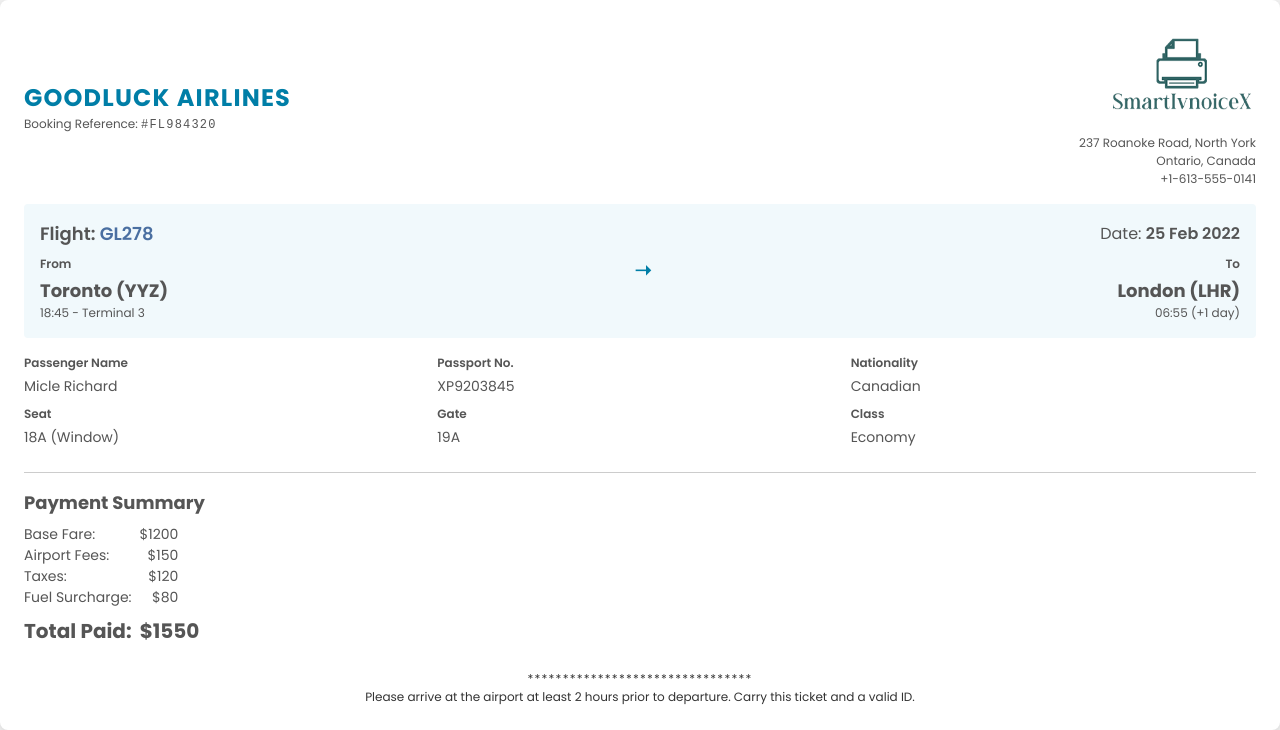
Repository: SPOTWEBDEV/ReceiptGeneratorWebsite
Page: template/2.html
The author's editor kept a copy of each file at every save. The page is drawn from the files as they stood at one save, then again after a run of saves.
The browser window is 1280 px wide. The pictures show the whole page.

Above is the page before, as saved 2025-07-01 07:58:26.

### template/2.html
<!DOCTYPE html>
<html lang="en">

         <head>
                  <meta charset="UTF-8">
                  <meta name="viewport" content="width=device-width, initial-scale=1.0">
                  <title>Document</title>
                  <link rel="stylesheet" href="../assets/css/template.css">
         </head>

         <body>

                  <div class="w-full max-w-4xl mx-auto bg-white p-6 rounded shadow text-sm text-gray">
                           <!-- Top Airline Header -->
                           <div class="flex justify-between items-center border-b pb-4 mb-4">
                                    <div>
                                             <p class="text-2xl font-bold text-hospital tracking-wide">GOODLUCK AIRLINES</p>
                                             <p class="text-xs">Booking Reference: <span class="font-micr">#FL984320</span></p>
                                    </div>
                                    <div class="text-right">
                                             <img style="width:150px; height: 100px;" src="../assets/images/logo.png" alt="Logo" class="h-10 mb-1" />
                                             <p class="text-xs">237 Roanoke Road, North York<br>Ontario, Canada</p>
                                             <p class="text-xs">+1-613-555-0141</p>
                                    </div>
                           </div>

                           <!-- Flight Info Block -->
                           <div class="bg-light p-4 rounded-sm mb-4">
                                    <div class="flex justify-between items-center mb-2">
                                             <p class="text-lg font-semibold">Flight: <span class="text-blue">GL278</span></p>
                                             <p class="text-base">Date: <span class="font-semibold">25 Feb 2022</span></p>
                                    </div>
                                    <div class="flex justify-between">
                                             <div class="text-left">
                                                      <p class="text-xs font-semibold mb-1">From</p>
                                                      <p class="text-lg font-bold">Toronto (YYZ)</p>
                                                      <p class="text-xs">18:45 - Terminal 3</p>
                                             </div>
                                             <div class="text-center">
                                                      <p class="text-xl font-bold text-hospital">➝</p>
                                             </div>
                                             <div class="text-right">
                                                      <p class="text-xs font-semibold mb-1">To</p>
                                                      <p class="text-lg font-bold">London (LHR)</p>
                                                      <p class="text-xs">06:55 (+1 day)</p>
                                             </div>
                                    </div>
                           </div>

                           <!-- Passenger + Ticket Info -->
                           <div class="grid grid-cols-3 gap-2 mb-6">
                                    <div>
                                             <p class="text-xs font-semibold mb-1">Passenger Name</p>
                                             <p>Micle Richard</p>
                                    </div>
                                    <div>
                                             <p class="text-xs font-semibold mb-1">Passport No.</p>
                                             <p>XP9203845</p>
                                    </div>
                                    <div>
                                             <p class="text-xs font-semibold mb-1">Nationality</p>
                                             <p>Canadian</p>
                                    </div>
                                    <div>
                                             <p class="text-xs font-semibold mb-1">Seat</p>
                                             <p>18A (Window)</p>
                                    </div>
                                    <div>
                                             <p class="text-xs font-semibold mb-1">Gate</p>
                                             <p>19A</p>
                                    </div>
                                    <div>
                                             <p class="text-xs font-semibold mb-1">Class</p>
                                             <p>Economy</p>
                                    </div>
                           </div>

                           <!-- Fare Summary -->
                           <div class="border-t pt-4 mb-4">
                                    <p class="text-lg font-bold mb-2">Payment Summary</p>
                                    <div class="flex gap-2">
                                             <div>
                                                      <p>Base Fare:</p>
                                                      <p>Airport Fees:</p>
                                                      <p>Taxes:</p>
                                                      <p>Fuel Surcharge:</p>
                                             </div>
                                             <div class="text-right">
                                                      <p>$1200</p>
                                                      <p>$150</p>
                                                      <p>$120</p>
                                                      <p>$80</p>
                                             </div>
                                    </div>
                                    <div class="flex gap-2 font-bold text-xl mt-2">
                                             <p>Total Paid:</p>
                                             <p>$1550</p>
                                    </div>
                           </div>

                           <!-- Final Note -->
                           <div class="star-line mt-6 text-xs">
                                    <p>Please arrive at the airport at least 2 hours prior to departure. Carry this ticket and a valid ID.
                                    </p>
                           </div>
                  </div>





         </body>

</html>

### assets/css/template.css
/* Import Poppins from Google Fonts */
@import url('https://fonts.googleapis.com/css2?family=Poppins:wght@300;400;500;600;700&display=swap');

/* Base Reset and Font */
* {
  margin: 0;
  padding: 0;
  box-sizing: border-box;
  font-family: 'Poppins', sans-serif;
}

body {
  background-color: #f0f0f0;
}

/* === Core Utilities === */
.mx-auto { margin-left: auto; margin-right: auto; }

.p-2 { padding: 0.5rem; }
.p-4 { padding: 1rem; }
.p-6 { padding: 1.5rem; }
.pt-4 { padding-top: 1rem; }

.mt-2 { margin-top: 0.5rem; }
.mt-6 { margin-top: 1.5rem; }
.mb-1 { margin-bottom: 0.25rem; }
.mb-2 { margin-bottom: 0.5rem; }
.mb-4 { margin-bottom: 1rem; }
.mb-6 { margin-bottom: 1.5rem; }
.my-4 { margin-top: 1rem; margin-bottom: 1rem; }

.text-xs { font-size: 0.75rem; }
.text-sm { font-size: 0.875rem; }
.text-base { font-size: 1rem; }
.text-lg { font-size: 1.125rem; }
.text-xl { font-size: 1.25rem; }
.text-2xl { font-size: 1.5rem; }

.text-left { text-align: left; }
.text-center { text-align: center; }
.text-right { text-align: right; }

.font-bold { font-weight: 700; }
.font-semibold { font-weight: 600; }
.font-micr { font-family: 'Courier New', monospace; letter-spacing: 0.1em; }

.text-blue { color: #4a6fa1; }
.text-gray { color: #555555; }
.text-white { color: #ffffff; }
.text-hospital { color: #007ea7; }

.border-none { border: none; }
.border { border: 1px solid #ccc; }
.border-t { border-top: 1px solid #ccc; }

.rounded { border-radius: 0.5rem; }
.rounded-sm { border-radius: 0.25rem; }
.rounded-full { border-radius: 100%; }

.shadow { box-shadow: 0 2px 6px rgba(0, 0, 0, 0.1); }
.shadow-sm { box-shadow: 0 2px 5px rgba(0, 0, 0, 0.1); }

.bg-white { background-color: #ffffff; }
.bg-light { background-color: #f1f9fc; }
.bg-hospital { background-color: #007ea7; }

.flex { display: flex; }
.flex-col { flex-direction: column; }
.flex-row { flex-direction: row; }
.block { display: block; }
.justify-between { justify-content: space-between; }
.justify-center { justify-content: center; }
.items-center { align-items: center; }

.tracking-wide { letter-spacing: 0.05em; }
.tracking-widest { letter-spacing: 0.2em; }

.grid { display: grid; }
.grid-cols-2 { grid-template-columns: repeat(2, 1fr); }
.grid-cols-3 { grid-template-columns: repeat(3, 1fr); }
.grid-cols-6 { grid-template-columns: repeat(6, 1fr); }

.w-fit { width: fit-content; }
.w-10 { width: 2.5rem; }
.w-20 { width: 5rem; }
.w-30 { width: 7.5rem; }
.w-40 { width: 10rem; }
.w-full { width: 100%; }

.h-10 { height: 2.5rem; }
.h-20 { height: 3.5rem; }
.h-30 { height: 4.5rem; }
.h-40 { height: 5.5rem; }
.h-50 { height: 6.5rem; }
.h-screen { height: 100vh; }

.gap-1 { gap: 0.2rem; }
.gap-2 { gap: 0.5rem; }
.gap-3 { gap: 1.5rem; }
.gap-4 { gap: 2.5rem; }

.overflow-x-auto { overflow-x: auto; }
.overflow-y-auto { overflow-y: auto; }

.hide-scrollbar {
  scrollbar-width: none;
}
.hide-scrollbar::-webkit-scrollbar {
  display: none;
}

.logo { height: 100px; }

.dashed-line {
  border-top: 2px dashed #333;
  height: 1px;
  margin-bottom: 1rem;
}
.star-line {
  text-align: center;
  font-size: 0.75rem;
  color: #333;
  position: relative;
}
.star-line::before {
  content: "********************************";
  letter-spacing: 0.1em;
  display: inline-block;
}

/* === Modal === */
.modal {
  position: fixed;
  inset: 0;
  background-color: rgba(0, 0, 0, 0.3);
  display: none;
  justify-content: center;
  align-items: center;
  z-index: 50;
  padding: 10px;
}
.modal.active {
  display: block;
}
.modal-box {
  background-color: #ffffff;
  padding: 1rem;
  border-radius: 0.5rem;
  box-shadow: 0 2px 6px rgba(0, 0, 0, 0.2);
  width: 90%;
  max-width: 540px;
  max-height: 90vh;
  overflow-y: auto;
}

/* === Breakpoints (min-width style like Tailwind) === */
@media (min-width: 480px) {
  .sm\:w-10 { width: 2.5rem; }
  .sm\:w-20 { width: 5rem; }
  .sm\:w-40 { width: 10rem; }
  .sm\:w-full { width: 100%; }

  .sm\:p-2 { padding: 0.5rem; }
  .sm\:p-4 { padding: 1rem; }

  .sm\:flex { display: flex; }
  .sm\:flex-col { flex-direction: column; }
}

@media (min-width: 640px) {
  .md\:w-10 { width: 2.5rem; }
  .md\:w-20 { width: 5rem; }
  .md\:w-full { width: 100%; }

  .md\:p-2 { padding: 0.5rem; }
  .md\:p-4 { padding: 1rem; }

  .md\:flex { display: flex; }
  .md\:flex-col { flex-direction: column; }
  .md\:flex-row { flex-direction: row; }

  .md\:text-sm { font-size: 0.875rem; }
  .md\:text-base { font-size: 1rem; }
  .md\:text-lg { font-size: 1.125rem; }
}

@media (min-width: 768px) {
  .lg\:w-10 { width: 2.5rem; }
  .lg\:w-20 { width: 5rem; }
  .lg\:w-full { width: 100%; }

  .lg\:p-4 { padding: 1rem; }
  .lg\:p-6 { padding: 1.5rem; }

  .lg\:flex { display: flex; }
  .lg\:flex-col { flex-direction: column; }
}

@media (min-width: 1024px) {
  .xl\:w-20 { width: 5rem; }
  .xl\:w-full { width: 100%; }

  .xl\:p-6 { padding: 1.5rem; }
  .xl\:flex { display: flex; }
}

@media (min-width: 1280px) {
  .\32xl\:w-full { width: 100%; }
  .\32xl\:p-8 { padding: 2rem; }
}

After the next 2 saves:
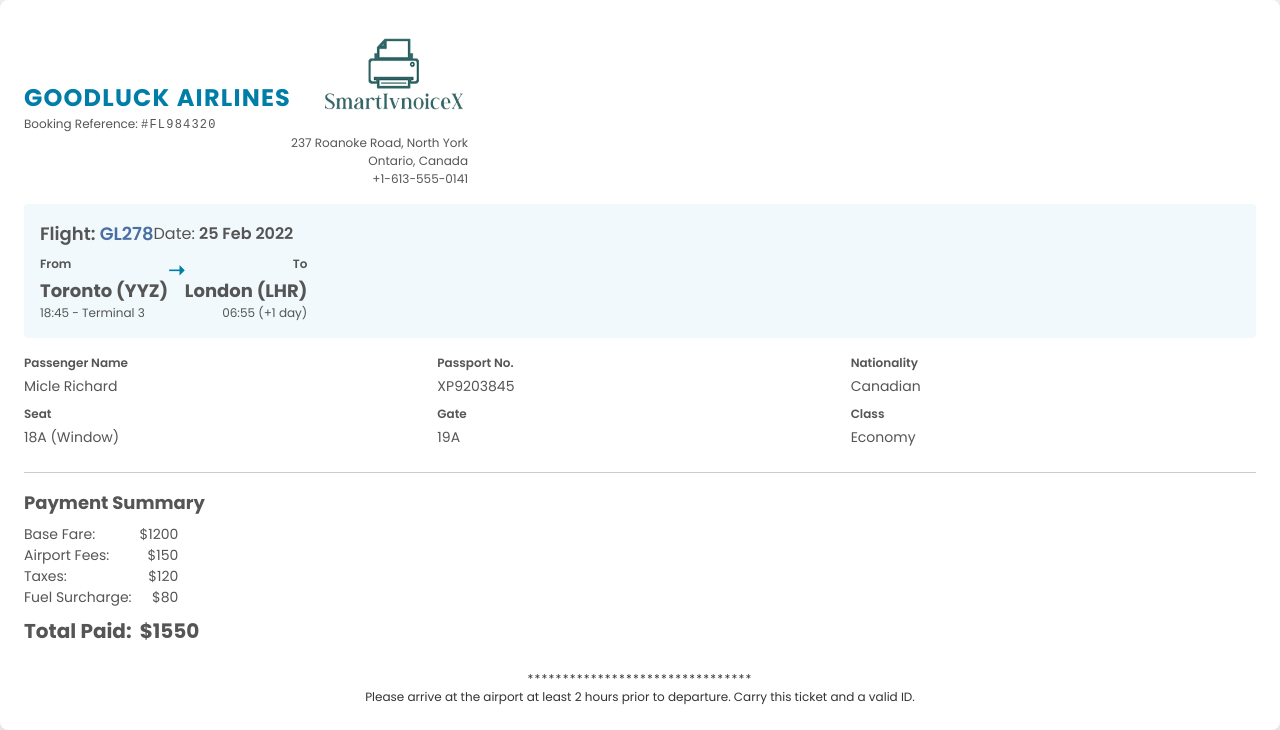
The 2 saves are shown as one change because they came seconds apart.
The last was saved 2 min 10 s later.
--- a/assets/css/template.css
+++ b/assets/css/template.css
@@ -68,8 +68,6 @@
 .flex-col { flex-direction: column; }
 .flex-row { flex-direction: row; }
 .block { display: block; }
-.justify-between { justify-content: space-between; }
-.justify-center { justify-content: center; }
 .items-center { align-items: center; }
 
 .tracking-wide { letter-spacing: 0.05em; }

After the 2 saves that followed:
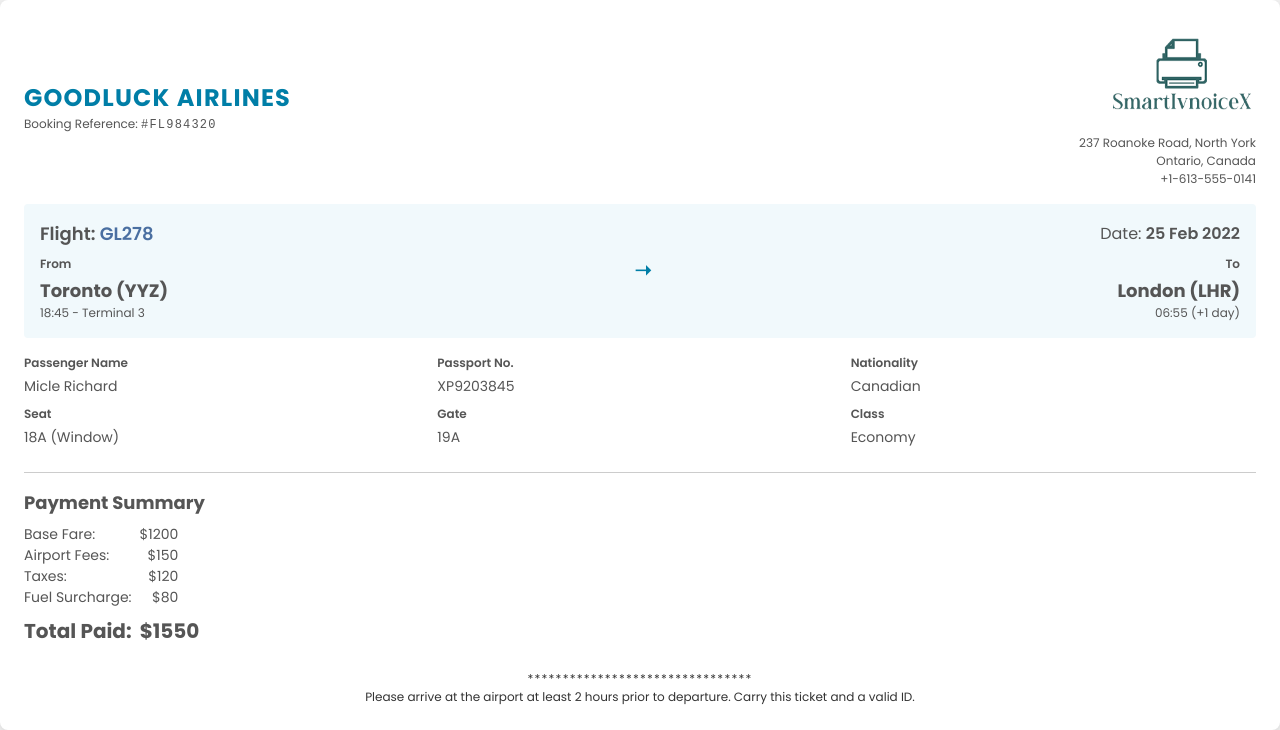
The 2 saves are shown as one change because they came seconds apart.
The last was saved 19 s later.
--- a/assets/css/template.css
+++ b/assets/css/template.css
@@ -206,3 +206,30 @@
   .\32xl\:w-full { width: 100%; }
   .\32xl\:p-8 { padding: 2rem; }
 }
+
+
+/* justify-content */
+.justify-start { justify-content: flex-start; }
+.justify-center { justify-content: center; }
+.justify-end { justify-content: flex-end; }
+.justify-between { justify-content: space-between; }
+.justify-around { justify-content: space-around; }
+.justify-evenly { justify-content: space-evenly; }
+
+/* Responsive */
+.sm\:justify-start   { @media (min-width: 480px) { justify-content: flex-start; } }
+.sm\:justify-center  { @media (min-width: 480px) { justify-content: center; } }
+.sm\:justify-end     { @media (min-width: 480px) { justify-content: flex-end; } }
+.sm\:justify-between { @media (min-width: 480px) { justify-content: space-between; } }
+.sm\:justify-around  { @media (min-width: 480px) { justify-content: space-around; } }
+.sm\:justify-evenly  { @media (min-width: 480px) { justify-content: space-evenly; } }
+
+.md\:justify-start   { @media (min-width: 640px) { justify-content: flex-start; } }
+.md\:justify-center  { @media (min-width: 640px) { justify-content: center; } }
+.md\:justify-end     { @media (min-width: 640px) { justify-content: flex-end; } }
+.md\:justify-between { @media (min-width: 640px) { justify-content: space-between; } }
+.md\:justify-around  { @media (min-width: 640px) { justify-content: space-around; } }
+.md\:justify-evenly  { @media (min-width: 640px) { justify-content: space-evenly; } }
+
+.lg\:justify-center { @media (min-width: 768px) { justify-content: center; } }
+.dt\:justify-center { @media (min-width: 1024px) { justify-content: center; } }
